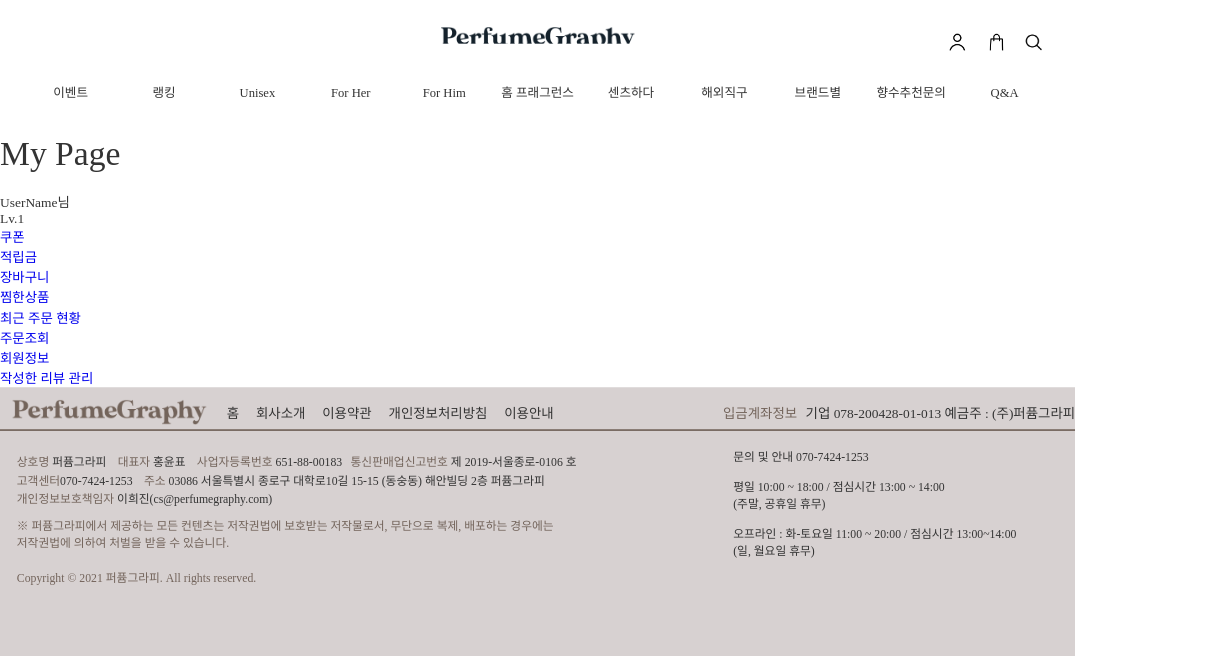
Repository: mingdue03/perfumegraphy
Page: myPage.html
The author's editor kept a copy of each file at every save. The page is drawn from the files as they stood at one save, then again after the next save.
The browser window is 1280 px wide. The page is 1280 px wide, then 1440 px, so the pictures cover 1440 px, including what lies to the right of the window. The pictures show the whole page, at 84% of full size.

Above is the page before, as saved 2021-08-26 15:01:16.

### myPage.html
<!DOCTYPE html>
<html lang="ko">
<head>
    <meta charset="UTF-8">
    <meta http-equiv="X-UA-Compatible" content="IE=edge">
    <meta name="viewport" content="width=device-width, initial-scale=1.0">
    <title>PerfumeGraphy</title>
    <link rel="stylesheet" href="css/basic.css">
    <link rel="stylesheet" href="css/login.css">
    <link href="https://fonts.googleapis.com/css2?family=Noto+Serif+KR&display=swap" rel="stylesheet">
    <script src="js/jquery-1.12.4.min.js"></script>
    <script src="js/jquery.slides.min.js"></script>
    <script src="js/jquery.stellar.js"></script>
    <script src="js/main_1.js"></script>
</head>
<body>
<div id="body_wrap">
    <header>
    <div id="header_wrap">
        <div class="header_top">
            <div class="logo">
                <h1><a href="index.html">PerfumeGraphy</a></h1>
            </div>
            <ul class="top_menu">
                <li class="user"><a href="login.html">마이페이지</a></li>
                <li class="cart"><a href="mypage.html">장바구니</a></li>
                <li class="search"><a href="#">검색</a></li>
                <li class="ham_btn"><a href="#">button</a></li>
            </ul>
        </div>
        <div class="search_pop">
            <div class="search_bg">
                <span></span>
                <ul>
                    <li><a href="#">#금주의 향수</a></li>
                    <li><a href="#">#럭셔리집들이선물</a></li>
                    <li><a href="#">#비누향수</a></li>
                </ul>
            </div>
        </div>
        <div class="header_b" >
            <ul class="gnb">
                <li>
                    <a href="#">이벤트</a>
                </li>
                <li class="hasSub">
                    <a href="lank.html">랭킹</a>
                    <ul class="sub_menu">
                        <li><a href="lank.html">전체 랭킹 </a></li>
                        <li><a href="lank.html">Unisex 랭킹</a></li>
                        <li><a href="lank.html">For her 랭킹</a></li>
                        <li><a href="lank.html">For him 랭킹</a></li>
                    </ul>
                </li>
                <li class="hasSub">
                    <a href="#">Unisex</a>
                    <ul class="sub_menu">
                        <li><a href="#">ALL</a></li>
                        <li><a href="#"> 시트러스 | 그린</a></li>
                        <li><a href="#">우디 | 베티버</a></li>
                        <li><a href="#">샌달우드 | 머스크</a></li>
                        <li><a href="#">스파이시 | 통카빈</a></li>
                    </ul>
                </li>
                <li class="hasSub">
                    <a href="#">For Her</a>
                    <ul class="sub_menu">
                        <li><a href="#">ALL</a></li>
                        <li><a href="#">시트러스 | 그린</a></li>
                        <li><a href="#">플로럴 | 화이트플로럴</a></li>
                        <li><a href="#">머스크 | 앰버</a></li>
                        <li><a href="#">스위트 | 바닐라</a></li>
                    </ul>
                </li>
                <li class="hasSub">
                    <a href="#">For Him</a>
                    <ul class="sub_menu">
                        <li><a href="#">ALL</a></li>
                        <li><a href="#">시트러스 | 그린</a></li>
                        <li><a href="#">우디 | 베티버</a></li>
                        <li><a href="#">웜스파이시 | 통카빈</a></li>
                        <li><a href="#">머스크 | 앰버</a></li>
                        <li><a href="#">라벤더 | 워터리</a></li>
                    </ul>
                </li>
                <li class="hasSub">
                    <a href="#">홈 프래그런스</a>
                    <ul class="sub_menu">
                        <li><a href="#">디퓨저 & 캔들</a></li>
                        <li><a href="#">바디 & 솝</a></li>
                    </ul>
                </li>
                <li><a href="#">센츠하다</a></li>
                <li>
                    <a href="#">해외직구</a>
                </li>
                <li><a href="#">브랜드별</a></li>
                <li><a href="#">향수추천문의</a></li>
                <li><a href="#">Q&A</a></li>
            </ul>
        </div>
        <div class="gnb_dim"></div>
    </div>
    </header>
    <!------------------------login-------------------------------->
    <main id="mypage">
        <div class="mypage_wrap">
            <h2>My Page</h2>
            <section class="name">
                <article>
                    <p><span>UserName</span>님</p>
                    <p class="level">Lv.1</p>
                </article>
            </section>
            <section class="coupon">
                <article>
                    <ul>
                        <li><a href="#">쿠폰</a></li>
                        <li><a href="#">적립금</a></li>
                        <li><a href="#">장바구니</a></li>
                        <li><a href="#">찜한상품</a></li>
                    </ul>
                </article>
            </section>
            <section class="order">
                <article>
                    <ul>
                        <li><a href="#">최근 주문 현황</a></li>
                        <li><a href="#">주문조회</a></li>
                        <li><a href="#">회원정보</a></li>
                        <li><a href="#">작성한 리뷰 관리</a></li>
                    </ul>

                </article>
            </section>

        </div>
    </main>
    <footer>
        <div id="footer_in">
            <div class="footer_top">
                <h2>PerfumeGraphy</h2>
                <ul class="m_hidden">
                    <li><a href="javasctipt:;">홈</a></li>
                    <li><a href="javasctipt">회사소개</a></li>
                    <li><a href="javasctipt">이용약관</a></li>
                    <li><a href="javasctipt">개인정보처리방침</a></li>
                    <li><a href="javasctipt">이용안내</a></li>
                </ul>
                <p><span>입금계좌정보</span> 기업 078-200428-01-013 예금주 : (주)퍼퓸그라피</p>
            </div>
        </div>
        <div class="footer_bottom">
            <section class="left">
                <ul class="pc_hidden">
                    <li><a href="javasctipt:;">홈</a></li>
                    <li><a href="javasctipt">회사소개</a></li>
                    <li><a href="javasctipt">이용약관</a></li>
                    <li><a href="javasctipt">개인정보처리방침</a></li>
                    <li><a href="javasctipt">이용안내</a></li>
                </ul>
                <p class="margin">
                    <p><span>상호명</span>  퍼퓸그라피</p> <p><span>대표자</span> 홍윤표</p>	 <p><span>사업자등록번호</span> 651-88-00183</p><p> <span >통신판매업신고번호</span>  제 2019-서울종로-0106 호<br></p>
                </p>
                <p class="pc_hidden">
                    <span>고객센터</span>070-7424-1253
                </p>
                <p>
                    <span> 주소</span> 03086 서울특별시 종로구 대학로10길 15-15 (동숭동) 해안빌딩 2층 퍼퓸그라피
                </p>
                <p ><span>개인정보보호책임자</span> 	 이희진(cs@perfumegraphy.com) </p>
                <p class="margin"><span class="m_hidden"> ※ 퍼퓸그라피에서 제공하는 모든 컨텐츠는 저작권법에 보호받는 저작물로서, 무단으로 복제, 배포하는 경우에는<br><span></span> 저작권법에 의하여
                처벌을 받을 수 있습니다.</span></p>
                <p class="margin"><span class="m_hidden"> Copyright © 2021 퍼퓸그라피. All rights reserved.</span></p>
            </section>
            <section class="right m_hidden">
                <p>문의 및 안내   070-7424-1253<br>
                    <br>
                    평일 10:00 ~ 18:00 / 점심시간 13:00 ~ 14:00<br>
                    (주말, 공휴일 휴무)<br>
                    <br>
                    오프라인 : 화-토요일 11:00 ~ 20:00 / 점심시간 13:00~14:00<br>
                     (일, 월요일 휴무)</p>
            </section>
        </div>
    </footer>
</div>
</body>
</html>

### css/login.css
@charset "UTF-8";


#login{}
.login_wrap{
  width:1440px;
  height:700px;
  margin:auto;
  text-align: center;
}
.login_wrap h2{
  position:relative;
  margin:80px auto 60px;
  font-size:30px;
}
.login_wrap h2:after{
  display: block;
  content:'';
  width:288px; height:1px;
  position:absolute;
  top:60px; left:50%;
  transform: translate(-50%);
  background:#ddd;
}

.login_wrap .box_wrap{
  margin-top:20px
}
  .box_wrap .id, .box_wrap .pw{
    position:relative;
    margin:16px auto 0;
    width:288px;
  }
  .box_wrap .id input ,.box_wrap .pw input{
    all:unset;
    width:100%;
    font-size:16px;
    height: 36px;
    background:#f9f9f9;
  }
  .box_wrap .id p, .box_wrap .pw p{
    position:absolute;
    line-height:36px;
    font-size:16px;
    top:0;
    left:5px;
  }

  .checkB{
    margin:0 auto 20px;
    width:288px;
    text-align: right;
  }
  .stayC, .saveC{
    display: inline-block;
  }
  .stayC input , .saveC input{
    width:12px;height:12px;
  }
  .stayC p, .saveC p{
    display: inline-block;
    font-size: 12px;
    line-height: 25px;
  }


.login_wrap .login_btn{
  width:288px;
  height:36px;
  border:none;
  background:#73645D;
  color:#fff;
  font-size:16px;
  cursor:pointer;
}
.login_wrap .find p{
  display: inline-block;
  position:relative;
}
.login_wrap .find p:first-child::after{
  display:block;
  content:'';
  width:1px;
  height:12px;
  position:absolute;
  top:4px; right:-3px;
  background:#333;
}
.login_wrap .find p a{
  display: block;
  padding:0 5px;
  font-size: 12px;
  color:#333;
}


.login_wrap .join{
  width:288px;
  height:36px;
  border:none;
  border:1px solid #73645D;
  background:transparent;
  color:#73645D;
  font-size:16px;
  margin-top:20px;
  cursor:pointer;
}








@media (max-width:1440px){
  .login_wrap{
    width:100%;
  }
}

@media (max-width:450px){
  .login_wrap{
    max-width:450px;
  }
}

### css/mypage.css
@charset "UTF-8";

#mypage{}
.mypage_wrap{
  width:1440px;
  margin:30px auto;
}
.mypage_wrap h2{
  font-size:30px;
  margin:10px 0;
}
.name {
  width:780px;
}
.name article{
  width:100%;
  height:400px;
  background:#D7D1D1;
}









@media (max-width:1440px){
  .login_wrap{
    width:100%;
  }
}

@media (max-width:450px){
  .login_wrap{
    max-width:450px;
  }
}

Loaded but not shown: js/jquery-1.12.4.min.js (library); js/jquery.slides.min.js (library); js/jquery.stellar.js (library); js/main_1.js (215 lines, source omitted); css/basic.css (877 lines, source omitted)

After the next save:
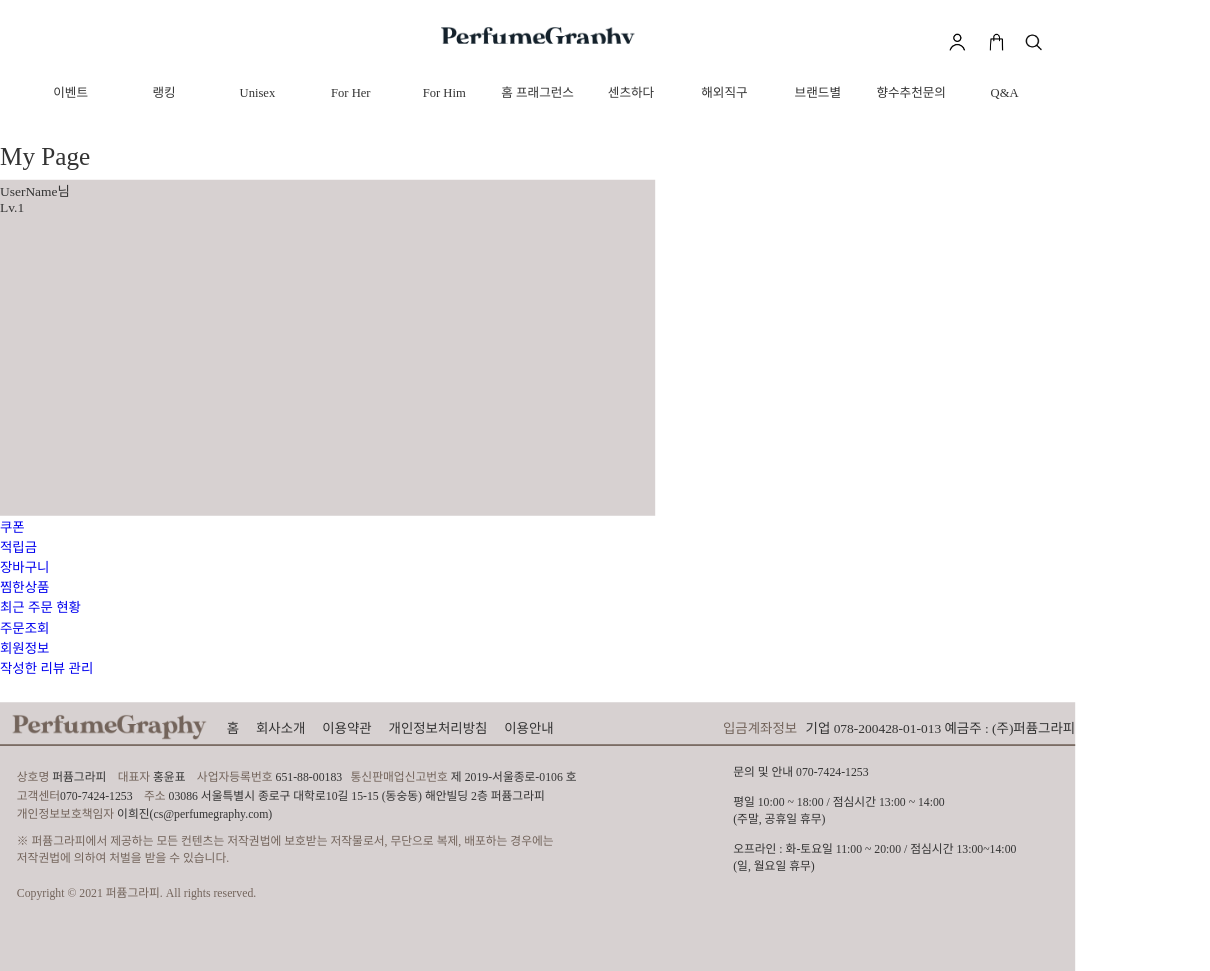
Saved 18 s later.
--- a/myPage.html
+++ b/myPage.html
@@ -6,7 +6,7 @@
     <meta name="viewport" content="width=device-width, initial-scale=1.0">
     <title>PerfumeGraphy</title>
     <link rel="stylesheet" href="css/basic.css">
-    <link rel="stylesheet" href="css/login.css">
+    <link rel="stylesheet" href="css/mypage.css">
     <link href="https://fonts.googleapis.com/css2?family=Noto+Serif+KR&display=swap" rel="stylesheet">
     <script src="js/jquery-1.12.4.min.js"></script>
     <script src="js/jquery.slides.min.js"></script>
